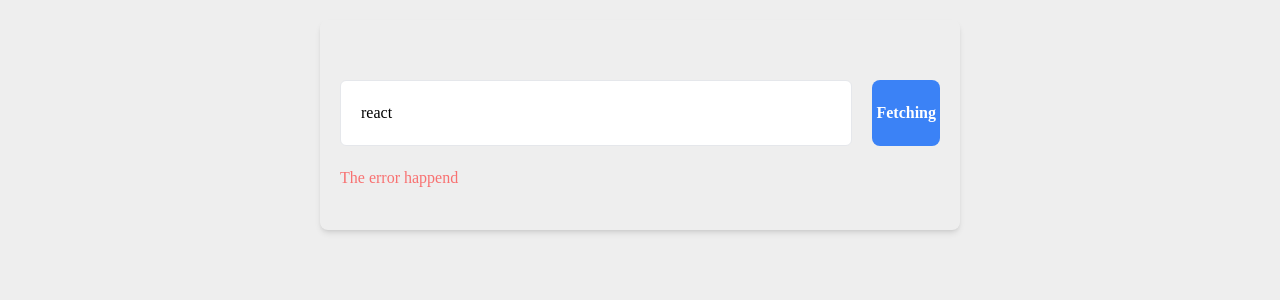
Repository: 16-Doffy/Fe-Khhoahoc
Page: /
These files come from the project's save history. The page is drawn as it stood at one moment and after the next save; the edit follows.
The browser window is 1280 px wide. The pictures show the whole page.
The page's requests for data from a server got no answer. The project was rebuilt for these pictures with package versions that can differ from the ones it lists, and the page was loaded fresh each time. No one was signed in, and anything a server would have sent is missing. Also part of the build but not shown: src/App.css.

Above is the page before, as saved 2025-01-14 16:17:05.

### src/index.js
import React from 'react';
import ReactDOM from 'react-dom/client';
import './index.css';
import App from './App';
import reportWebVitals from './reportWebVitals';
import "./index.scss"
const root = ReactDOM.createRoot(document.getElementById('root'));
root.render(
  <React.StrictMode>
    <App />
  </React.StrictMode>
);

// If you want to start measuring performance in your app, pass a function
// to log results (for example: reportWebVitals(console.log))
// or send to an analytics endpoint. Learn more: https://bit.ly/CRA-vitals
reportWebVitals();

### src/App.js

import "./App.css";

import HackerNewsReducer from "./components/news/HackerNewsReducer";



const App = () => {
  return (

    <HackerNewsReducer></HackerNewsReducer>
  );
};

export default App;













//<CardList><Card2/>
// const theme = {
//   //wanna change color in the future come here to change
//   colors: {
//     blue: "#2979ff",
//   },
//   orange: "#ffa440",
// };
// {/* <ThemeProvider theme={theme}>
// <CardList>
// <Card2 secondary={true}></Card2>
// <Card2 secondary={false}></Card2>
// <Card2 secondary={true}></Card2>
// <Card2 secondary={false}></Card2>
// <Card2 secondary={true}></Card2>
//  </CardList>
// </ThemeProvider> */}

### src/index.scss
@tailwind base;
@tailwind components;
@tailwind utilities;

@layer base {
    @import url("https://fonts.googleapis.com/css2?family=Poppins:ital,wght@0,100;0,200;0,300;0,400;0,500;0,600;0,700;0,800;0,900;1,100;1,200;1,300;1,400;1,500;1,600;1,700;1,800;1,900&display=swap");
    body{
        font-family: "Poppins", serif;
    }
}

### src/components/news/HackerNewsReducer.js
import axios from "axios";
import { reduce } from "lodash";
import React, { useState, useEffect, useRef, useReducer } from "react";

const intialSate = {
  hits:[],
  query:'',
  loading:true,
  error:'',
  url:"http://hn.algolia.com/api/v1/search?query=''",
}
const hackerReduce =(state, action) => {
  return state;
};
const HackerNewsReducer = () => {
  const [state, dispatch] = useReducer(hackerReduce, intialSate)
  const [hits, setHits] = useState([]);
  const [query, setQuery] = useState("react");
  const [loading, setLoading] = useState(true);
  const [error, setError] = useState("");
  const handleFetchResponse = useRef({});
  const [url, setUrl] = useState(
    `http://hn.algolia.com/api/v1/search?query=${query}`
  );
  handleFetchResponse.curent = async () => {
    setLoading(true);
    try {
      const response = await axios.get(url);
      setHits(response.data?.hits || []);
      setLoading(false);
    } catch {
      // console.log(response);
      setLoading(false);
      setError(`The error happend ${error}`);
    }
  };
  // const handleUpdateQuery = lodash.debounce((e) => {
  //   setQuery(e.target.value);
  // }, 100);
  useEffect(() => {
    handleFetchResponse.curent();
  }, [url]);
  return (
    <div className=" mx-auto mb-5 mt-5 p-5 rounded-lg shadow-md w-2/4">
      <div className="flex mb-5 mt-5 gap-x-5">
        <input
          type="text"
          className="
          border border-blue-1000
          text-black p-5  mt-5 block w-full
           rounded-md focus:border-blue-400"
          placeholder="Enter your keyword..."
          defaultValue={query} //lúc này quert has data when url change, components will render
          onChange={(e) => setQuery(e.target.value)}
        />
        <button
          onClick={() =>
            setUrl(`http://hn.algolia.com/api/v1/search?query=${query}`)
          }
          className="bg-blue-500 text-white font-semibold mt-5 p-1 flex-shrink-0 rounded-lg"
        >
          Fetching
        </button>
      </div>
      {loading && (
        <div
          className=" loading w-8 h-8  rounded-full  border-blue-300 border-4
    border-r-4 border-r-transparent animate-spin mx-auto"
        ></div>
      )}
      {!loading && error && <p className="text-red-400 my-5">{error}</p>}
      <div className="flex flex-wrap gap-5">
        {!loading &&
          hits.length > 0 &&
          hits.map((item, index) => {
            if (!item.title || item.title.length <= 0) return null;
            return (
            <h3
              className=" p-3 bg-gray-300 rounded-sm"
              key={item.title}
            >
              {item.title}
            </h3>
          )})}
      </div>
    </div>
  );
};

export default HackerNewsReducer;

### tailwind.config.js
/** @type {import('tailwindcss').Config} */
module.exports = {
  mode: "jit",
  content: ["./src/**/*.{html,js}"],
  theme: {
    extend: {
      backgroundImage: {
        'radiant': `linear-gradient(0.25turn, #3f87a6, #ebf8e1, #f69d3c)`,
        'footer-texture': "url('/img/footer-texture.png')", // Sửa ở đây
        'secondary-radiant': `linear-gradient(#e66465, #9198e5)`,
      },
    },
  },
  plugins: [],
}

Loaded but not shown: public/index.html (common file); src/index.css (common file); src/reportWebVitals.js (common file)

After the next save:
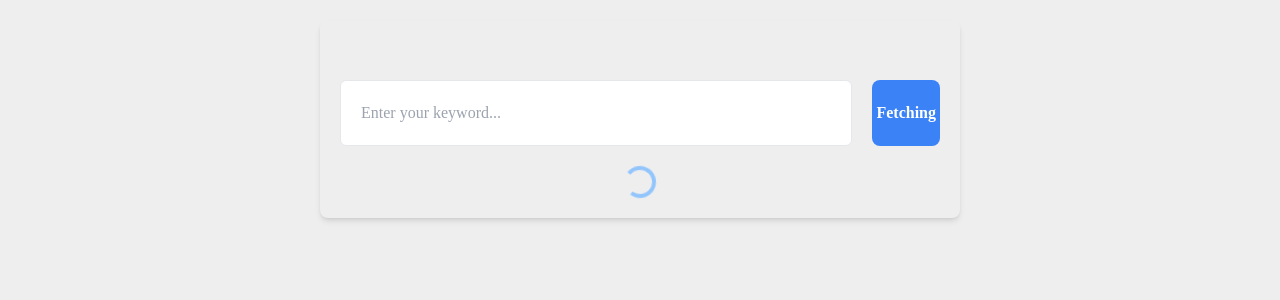
Saved 52 s later.
--- a/src/components/news/HackerNewsReducer.js
+++ b/src/components/news/HackerNewsReducer.js
@@ -22,24 +22,24 @@ const HackerNewsReducer = () => {
   const [url, setUrl] = useState(
     `http://hn.algolia.com/api/v1/search?query=${query}`
   );
-  handleFetchResponse.curent = async () => {
-    setLoading(true);
-    try {
-      const response = await axios.get(url);
-      setHits(response.data?.hits || []);
-      setLoading(false);
-    } catch {
-      // console.log(response);
-      setLoading(false);
-      setError(`The error happend ${error}`);
-    }
-  };
-  // const handleUpdateQuery = lodash.debounce((e) => {
-  //   setQuery(e.target.value);
-  // }, 100);
-  useEffect(() => {
-    handleFetchResponse.curent();
-  }, [url]);
+  // handleFetchResponse.curent = async () => {
+  //   setLoading(true);
+  //   try {
+  //     const response = await axios.get(url);
+  //     setHits(response.data?.hits || []);
+  //     setLoading(false);
+  //   } catch {
+  //     // console.log(response);
+  //     setLoading(false);
+  //     setError(`The error happend ${error}`);
+  //   }
+  // };
+  // // const handleUpdateQuery = lodash.debounce((e) => {
+  // //   setQuery(e.target.value);
+  // // }, 100);
+  // useEffect(() => {
+  //   handleFetchResponse.curent();
+  // }, [url]);
   return (
     <div className=" mx-auto mb-5 mt-5 p-5 rounded-lg shadow-md w-2/4">
       <div className="flex mb-5 mt-5 gap-x-5">
@@ -50,13 +50,13 @@ const HackerNewsReducer = () => {
           text-black p-5  mt-5 block w-full
            rounded-md focus:border-blue-400"
           placeholder="Enter your keyword..."
-          defaultValue={query} //lúc này quert has data when url change, components will render
+          defaultValue={state.query} //lúc này quert has data when url change, components will render
           onChange={(e) => setQuery(e.target.value)}
         />
         <button
-          onClick={() =>
-            setUrl(`http://hn.algolia.com/api/v1/search?query=${query}`)
-          }
+          // onClick={() =>
+          //   setUrl(`http://hn.algolia.com/api/v1/search?query=${query}`)
+          // }
           className="bg-blue-500 text-white font-semibold mt-5 p-1 flex-shrink-0 rounded-lg"
         >
           Fetching
